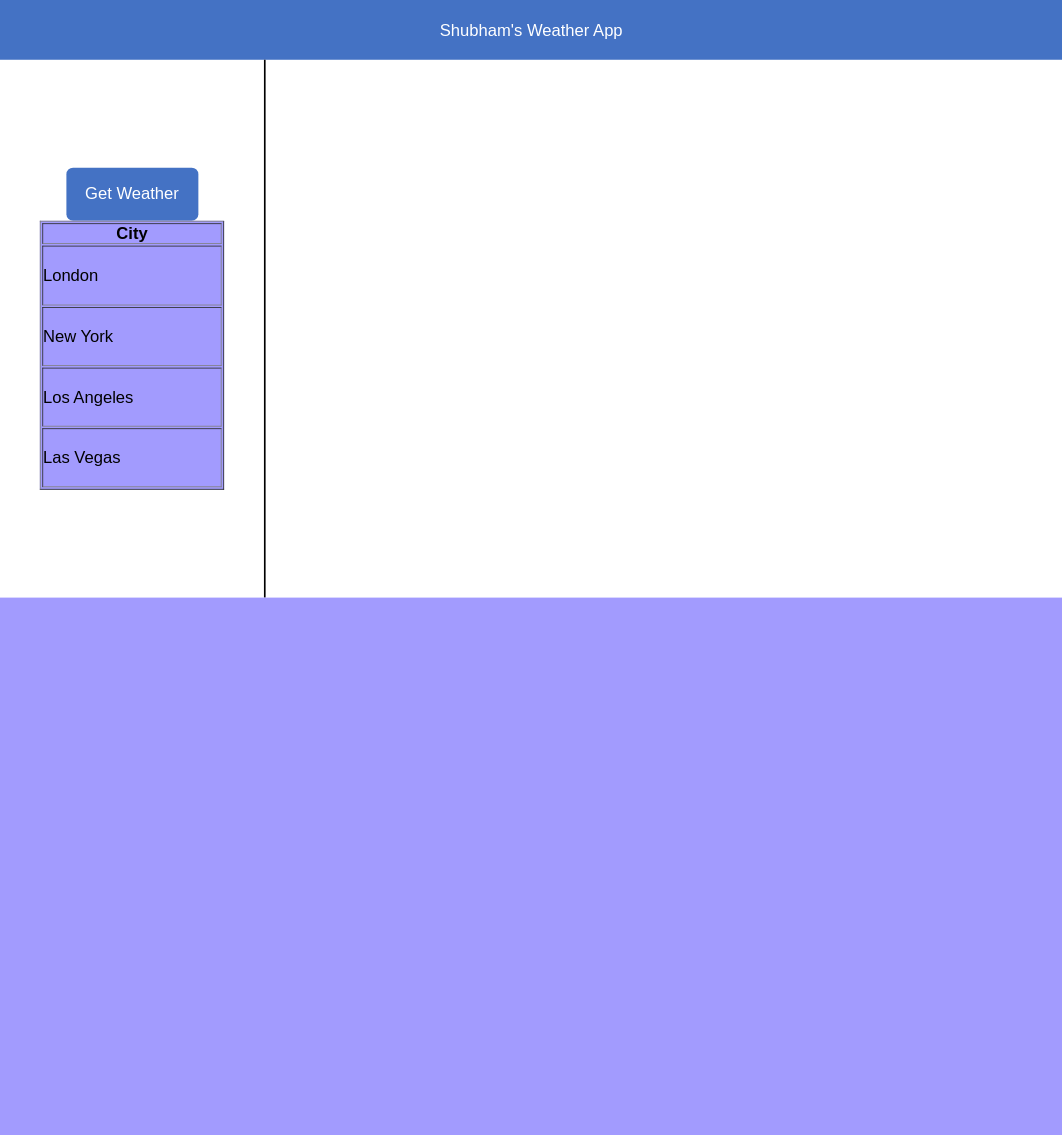
Repository: hey-shubham/WeatherAPI
Page: index.html
An editor plug-in stored every save of this project. The page is shown before and after the next save, followed by the edit.
The browser window is 1280 px wide. The pictures show the whole page, at 83% of full size.

Above is the page before, as saved 2022-03-28 20:39:00.

### index.html
<!DOCTYPE html>
<html lang="en">
  <head>
    <meta charset="UTF-8" />
    <meta http-equiv="X-UA-Compatible" content="IE=edge" />
    <meta name="viewport" content="width=device-width, initial-scale=1.0" />
    <title>Weather API</title>
    <script src="script.js" defer></script>
    <link rel="stylesheet" href="style.css" />
  </head>
  <body>
    <div class="weather-app">
      <header>Shubham's Weather App</header>
      <main>
        <aside>
          <button>Get Weather</button>
          <table border="1">
            <thead>
              <tr>
                <th>City</th>
              </tr>
            </thead>
            <tbody>
              <tr>
                <td>London</td>
              </tr>
              <tr>
                <td>New York</td>
              </tr>
              <tr>
                <td>Los Angeles</td>
              </tr>
              <tr>
                <td>Las Vegas</td>
              </tr>
            </tbody>
          </table>
        </aside>
        <div class="content"></div>
      </main>
    </div>
  </body>
</html>

### style.css

*{
    margin: 0;
    padding: 0;
    box-sizing: border-box;
    font-family: sans-serif;
    font-size: 20px;
}
html,body{
    height: 100vh;
    width: 100vw;
}
.weather-app header{
    height: 10vh;
    background-color: #4472C4;
    display: flex;
    justify-content: center;
    align-items: center;
    color: #ffffff;
}
.weather-app main{
    height: 90vh;
    /* background-color: blue; */
}
.weather-app aside{
    height: 100%;
    width: 25%;
    border-right: 2px solid black;
    /* background-color: red; */
    display: flex;
    flex-direction: column;
    justify-content: center;
    align-items: center;
}
.weather-app aside button{
    height: 10%;
    width: 50%;
    border-radius: 8px;
    border-style: none;
    color: white;
    background-color: #4472C4;
}
aside table{
    height: 50%;
    width: 70%;
    background-color: #a29bfe;
}
.weather-app .content{
    height: 100%;
    background-color: #a29bfe;
}

Loaded but not shown: script.js (no copy from this time; the picture is the same without it)

After the next save:
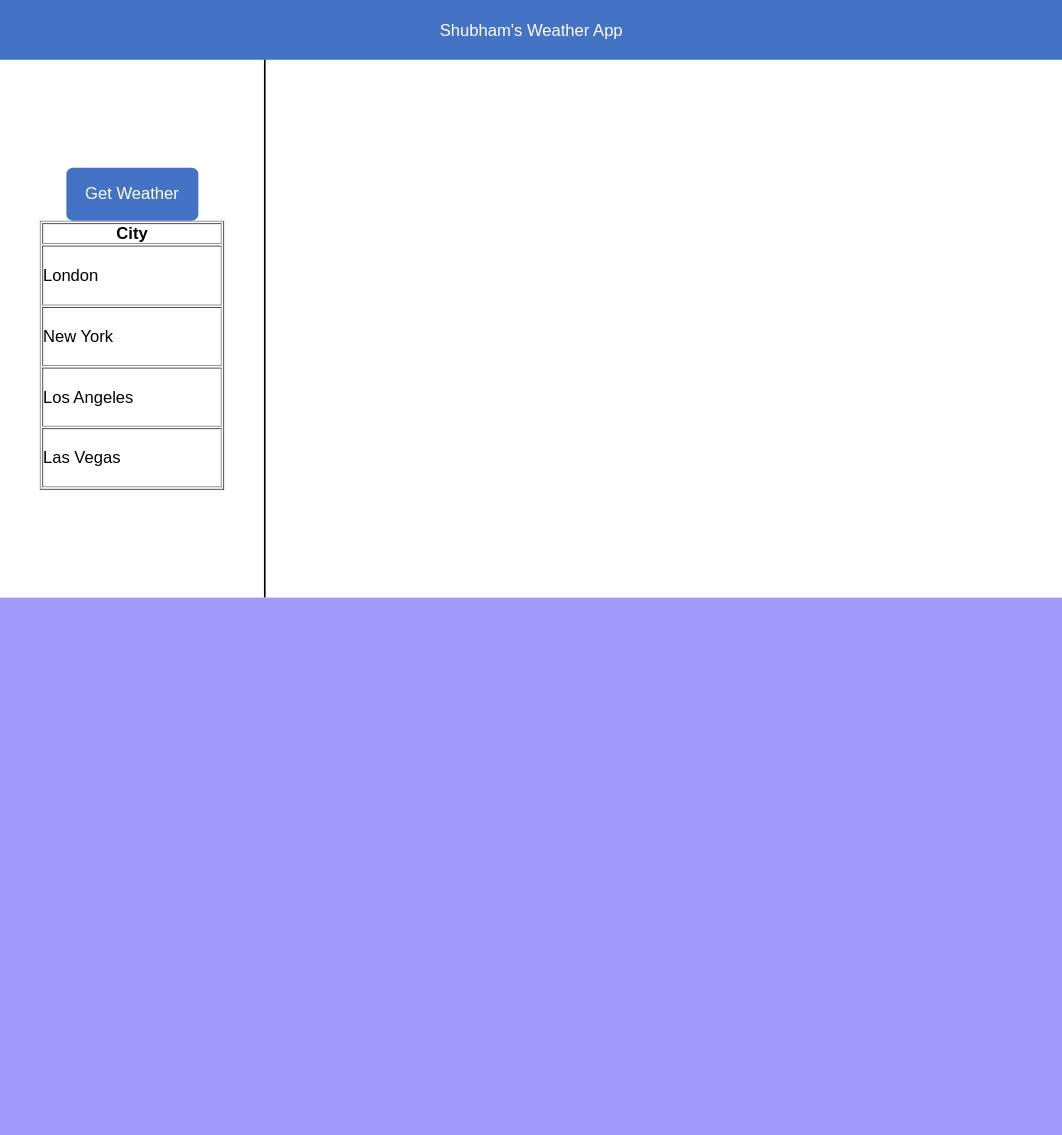
Saved 31 s later.
--- a/style.css
+++ b/style.css
@@ -43,7 +43,6 @@ html,body{
 aside table{
     height: 50%;
     width: 70%;
-    background-color: #a29bfe;
 }
 .weather-app .content{
     height: 100%;
